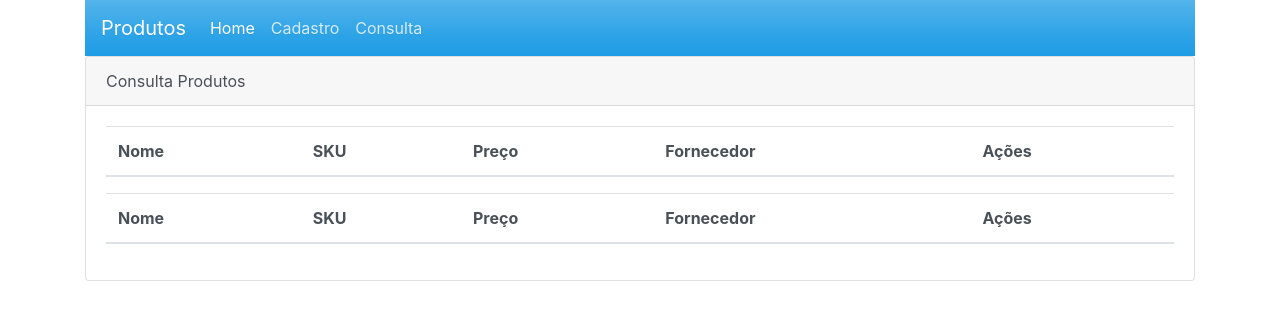
Repository: charles014/curso-react-2020
Page: /#/consulta-produtos (app in cadastro-produtos/)
An editor plug-in stored every save of this project. The page is shown before and after the next save, followed by the edit.
The browser window is 1280 px wide. The pictures show the whole page.
Some web libraries are served in a nearby version. The project was rebuilt for these pictures with package versions that can differ from the ones it lists, and the page was loaded fresh each time. Also part of the build but not shown: cadastro-produtos/src/index.css, cadastro-produtos/src/pages/produtos/cadastro.js, cadastro-produtos/src/pages/home.js.

Above is the page before, as saved 2020-09-21 11:43:07.

### cadastro-produtos/public/index.html
<!DOCTYPE html>
<html lang="en">
  <head>
    <meta charset="utf-8" />
    <link rel="icon" href="%PUBLIC_URL%/favicon.ico" />
    <meta name="viewport" content="width=device-width, initial-scale=1" />
    <meta name="theme-color" content="#000000" />
    <meta
      name="description"
      content="Web site created using create-react-app"
    />
    <link rel="apple-touch-icon" href="%PUBLIC_URL%/logo192.png" />
    <!--
      manifest.json provides metadata used when your web app is installed on a
      user's mobile device or desktop. See https://developers.google.com/web/fundamentals/web-app-manifest/
    -->
    <link rel="manifest" href="%PUBLIC_URL%/manifest.json" />
    <!--
      Notice the use of %PUBLIC_URL% in the tags above.
      It will be replaced with the URL of the `public` folder during the build.
      Only files inside the `public` folder can be referenced from the HTML.

      Unlike "/favicon.ico" or "favicon.ico", "%PUBLIC_URL%/favicon.ico" will
      work correctly both with client-side routing and a non-root public URL.
      Learn how to configure a non-root public URL by running `npm run build`.
    -->
    <title>React App</title>
  </head>
  <body>
    <noscript>You need to enable JavaScript to run this app.</noscript>
    <div id="root"></div>
    <!--
      This HTML file is a template.
      If you open it directly in the browser, you will see an empty page.

      You can add webfonts, meta tags, or analytics to this file.
      The build step will place the bundled scripts into the <body> tag.

      To begin the development, run `npm start` or `yarn start`.
      To create a production bundle, use `npm run build` or `yarn build`.
    -->
    <script src="https://cdnjs.cloudflare.com/ajax/libs/jquery/3.4.1/jquery.min.js"></script>
    <script src=" https://cdnjs.cloudflare.com/ajax/libs/popper.js/1.16.0/popper.min.js"></script>
    <script src="https://cdnjs.cloudflare.com/ajax/libs/twitter-bootstrap/4.4.1/js/bootstrap.min.js"></script>
  </body>
</html>

### cadastro-produtos/src/index.js
import React from 'react';
import ReactDOM from 'react-dom';

import 'bootswatch/dist/cerulean/bootstrap.min.css';
import './index.css';
import App from './App';


ReactDOM.render(
  <React.StrictMode>
    <App />
  </React.StrictMode>,
  document.getElementById('root')
);

### cadastro-produtos/src/App.js
import React from 'react';
import Navbar from './components/navbar'
import Rotas from './rotas'
import {HashRouter} from 'react-router-dom'

function App() {
  return (
    <HashRouter>
      <div className='container'>
        <Navbar />
        <Rotas />
      </div>
    </HashRouter>
  );
}

export default App;

### cadastro-produtos/src/components/navbar.js
import React from "react"
import {Link} from 'react-router-dom'


function Navbar() {

    return (
        <nav className="navbar navbar-expand-lg navbar-dark bg-primary">
            <a className="navbar-brand" href="#">Produtos</a>
            <button className="navbar-toggler"
                    type="button"
                    data-toggle="collapse"
                    data-target="#navbarColor01"
                    aria-controls="navbarColor01"
                    aria-expanded="false"
                    aria-label="Toggle navigation">
                <span className="navbar-toggler-icon"></span>
            </button>

            <div className="collapse navbar-collapse" id="navbarColor01">
                <ul className="navbar-nav mr-auto">
                    <li className="nav-item active">
                        <Link className="nav-link" to="/">Home
                         <span className="sr-only">(current)</span>
                        </Link>
                    </li>
                    <li className="nav-item">
                        <Link className="nav-link" to="/cadastro-produtos">Cadastro</Link>
                    </li>
                    <li className="nav-item">
                        <Link className="nav-link" to="/consulta-produtos">Consulta</Link>
                    </li>
                </ul>
            </div>
        </nav>

    )

}

export default Navbar

### cadastro-produtos/src/rotas.js
import React from 'react'
import { Switch, Route } from 'react-router-dom'

import Home from './pages/home'
import CadastroProduto from './pages/produtos/cadastro'
import ConsultaProdutos from './pages/produtos/consulta'

function Rotas() {
    return (

        <Switch>
            <Route exact path="/" component={Home} />
            <Route exact path="/cadastro-produtos/:sku?" component={CadastroProduto} />
            <Route exact path="/consulta-produtos" component={ConsultaProdutos} />
        </Switch>

    )
}

export default Rotas;

### cadastro-produtos/src/pages/produtos/consulta.js
import React from 'react'
import ProdutoService from '../../app/produtoService'
import { withRouter } from 'react-router-dom'
import Card from '../../components/card'
import ProdutosTable from './produtosTable'


class ConsultaProdutos extends React.Component {
    state = {
        produtos: []
    }

    constructor() {
        super()
        this.service = new ProdutoService();
    }

    componentDidMount() {
        const produtos = this.service.obterProdutos();
        this.setState({ produtos: produtos })
    }

    preparaEditar = (sku) => {
        console.log('sku', sku)
        this.props.history.push(`/cadastro-produtos/${sku}`)

    }

    deletar = (sku) => {
        const produtos = this.service.deletar(sku);
        this.setState({ produtos: produtos })

    }

    render() {

        return (

            <Card header="Consulta Produtos">
                <ProdutosTable  produtos={this.state.produtos}></ProdutosTable>
                    <table className="table table-hover">
                        <thead>
                            <tr>
                                <th scope="col">Nome</th>
                                <th scope="col">SKU</th>
                                <th scope="col">Preço</th>
                                <th scope="col">Fornecedor</th>
                                <th scope="col">Ações</th>
                            </tr>
                        </thead>
                        <tbody>
                            {
                                this.state.produtos.map((produto, index) => {
                                    return (
                                        <tr key={index}>
                                            <th>{produto.nome}</th>
                                            <th>{produto.sku}</th>
                                            <th>{produto.preco}</th>
                                            <th>{produto.fornecedor}</th>
                                            <th>
                                                <button onClick={() => this.preparaEditar(produto.sku)} className="btn btn-primary"> Editar</button>
                                                <button onClick={() => this.deletar(produto.sku)} className="btn btn-danger"> Remover</button>
                                            </th>
                                        </tr>
                                    )
                                })
                            }
                        </tbody>
                    </table>
            </Card>

        )
    }
}

export default withRouter(ConsultaProdutos)

### cadastro-produtos/src/app/produtoService.js
import React  from 'react'

const PRODUTOS = '_PRODUTOS'

export function ErroValidacao(errors){
    this.errors = errors;
}

export default class ProdutoService{

  obterProdutos = () => {
    const produtos = localStorage.getItem(PRODUTOS)
    if(!produtos){
        return [];
    }
    return JSON.parse(produtos)

  }

  validar = (produto) => {
        const errors = []

        if(!produto.nome) {
            errors.push('O campo Nome é obrigatório')
        }
        if(!produto.sku) {
            errors.push('O campo SKU é obrigatório')
        }
        if(!produto.preco || produto.preco <= 0) {
            errors.push('O campo Preço é deve conter valor maior que zero')
        }
        if(!produto.fornecedor) {
            errors.push('O campo Fornecedor é obrigatório')
        }

        if(errors.length > 0 ){
            throw new ErroValidacao(errors)
        }
  }

  obterIndex = (sku) =>{
    let index = null;
    this.obterProdutos().forEach((produto, i) =>{
        if(produto.sku === sku){
            index = i;
        }
    })
    return index;
  }

  deletar = (sku ) => {
    const index = this.obterProdutos(sku)
    if(index !== null){
        const produtos = this.obterProdutos()
        produtos.splice(index, 1)
        localStorage.setItem(PRODUTOS, JSON.stringify(produtos))
        return produtos
    }

  }

  salvar = (produto)=> {

        this.validar(produto)

        let produtos = localStorage.getItem(PRODUTOS)

        if(!produtos){
            produtos = []
        } else {
            produtos = JSON.parse(produtos)
        }

        const index = this.obterIndex(produto.sku)
        if(index === null) {
            produtos.push(produto)
        } else {
            produtos[index] = produto;
        }

        localStorage.setItem(PRODUTOS, JSON.stringify(produtos))

  }

}

### cadastro-produtos/src/components/card.js
import React from 'react'

export default (props) => (
    <div className="card">
        <div className="card-header">
            {props.header}
        </div>
        <div className="card-body">
            {props.children}
        </div>
    </div>

)

### cadastro-produtos/src/pages/produtos/produtosTable.js
import React from 'react'

export default (props) => (

    <table className="table table-hover">
        <thead>
            <tr>
                <th scope="col">Nome</th>
                <th scope="col">SKU</th>
                <th scope="col">Preço</th>
                <th scope="col">Fornecedor</th>
                <th scope="col">Ações</th>
            </tr>
        </thead>
        <tbody>
            {
                props.produtos.map((produto, index) => {
                    return (
                        <tr key={index}>
                            <th>{produto.nome}</th>
                            <th>{produto.sku}</th>
                            <th>{produto.preco}</th>
                            <th>{produto.fornecedor}</th>
                            <th>
                                <button onClick={() => props.editarAction(produto.sku)}
                                    className="btn btn-primary"> Editar</button>
                                <button onClick={() => props.deletarAction(produto.sku)}
                                    className="btn btn-danger"> Remover</button>
                            </th>
                        </tr>
                    )
                })
            }
        </tbody>
    </table>


)

After the next save:
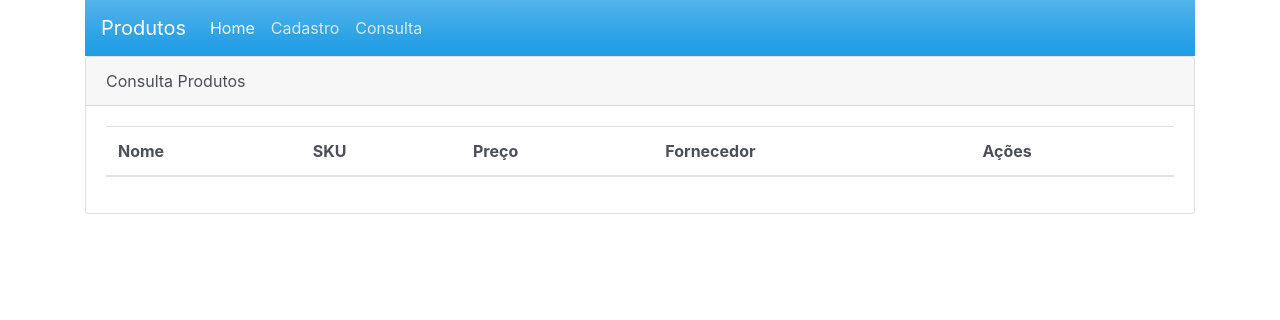
Saved 9 s later.
--- a/cadastro-produtos/src/pages/produtos/consulta.js
+++ b/cadastro-produtos/src/pages/produtos/consulta.js
@@ -37,7 +37,7 @@ class ConsultaProdutos extends React.Component {
         return (
 
             <Card header="Consulta Produtos">
-                <ProdutosTable  produtos={this.state.produtos}></ProdutosTable>
+                <ProdutosTable  produtos={this.state.produtos}>
                     <table className="table table-hover">
                         <thead>
                             <tr>
@@ -67,6 +67,7 @@ class ConsultaProdutos extends React.Component {
                             }
                         </tbody>
                     </table>
+                    </ProdutosTable>
             </Card>
 
         )
